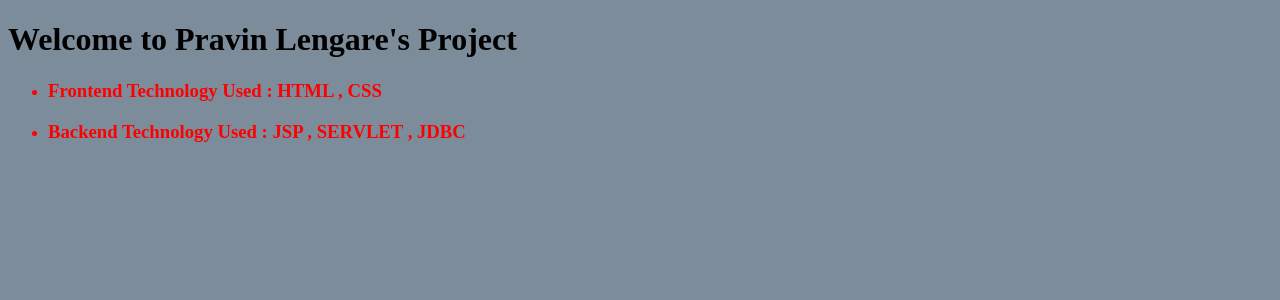
Repository: PravinLengare/Advance-Java
Page: http://localhost/Login-Register/
The author's editor kept a copy of each file at every save. The page is drawn from the files as they stood at one save, then again after the next save.
The browser window is 1280 px wide. The pictures show the whole page.
The page is served by Tomcat 9. Other server files are loaded and not shown.

Above is the page before, as saved 2025-08-19 13:02:32.

### Login-Register/src/main/webapp/index.html
<!DOCTYPE html>
<html>
<head>
<meta charset="UTF-8">
<title>Index Page</title>
<link rel="stylesheet" href="style.css">
</head>
<body>
	<h1>Welcome to Pravin Lengare's Project </h1>
	<ul>
		<li><h3>Frontend Technology Used : HTML , CSS</h3></li>
		<li><h3>Backend Technology Used : JSP , SERVLET , JDBC </h3></li>

	</ul>

</body>
</html>

### Login-Register/src/main/webapp/style.css
@charset "UTF-8";
ul{
	color:red;
}
body{
	align-items: center;
	background-color: rgb(124, 140, 154);
}

After the next save:
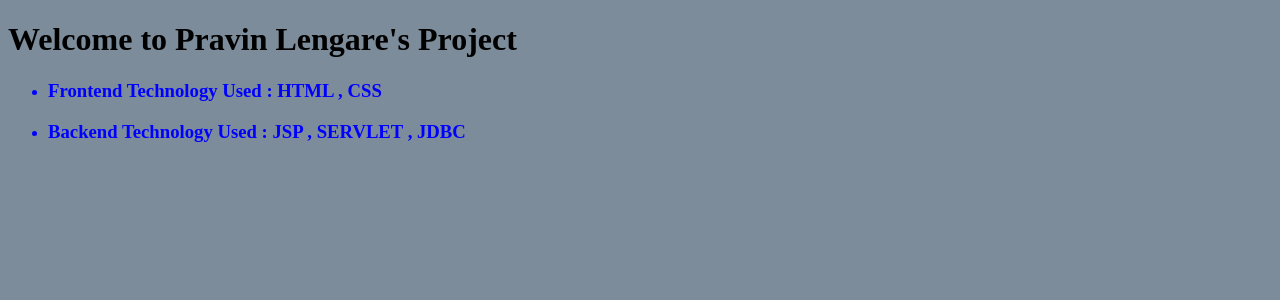
Saved 13 s later.
--- a/Login-Register/src/main/webapp/style.css
+++ b/Login-Register/src/main/webapp/style.css
@@ -1,6 +1,6 @@
 @charset "UTF-8";
 ul{
-	color:red;
+	color:blue;
 }
 body{
 	align-items: center;
